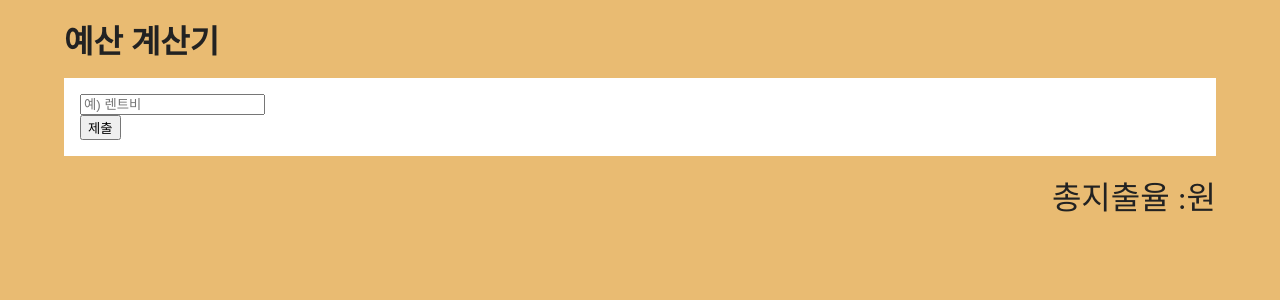
Repository: jongheonleee/budget_calculator
Page: /
The author's editor kept a copy of each file at every save. The page is drawn from the files as they stood at one save, then again after the next save.
The browser window is 1280 px wide. The pictures show the whole page.
The project was rebuilt for these pictures with package versions that can differ from the ones it lists, and the page was loaded fresh each time.

Above is the page before, as saved 2025-02-07 21:43:14.

After the next save:
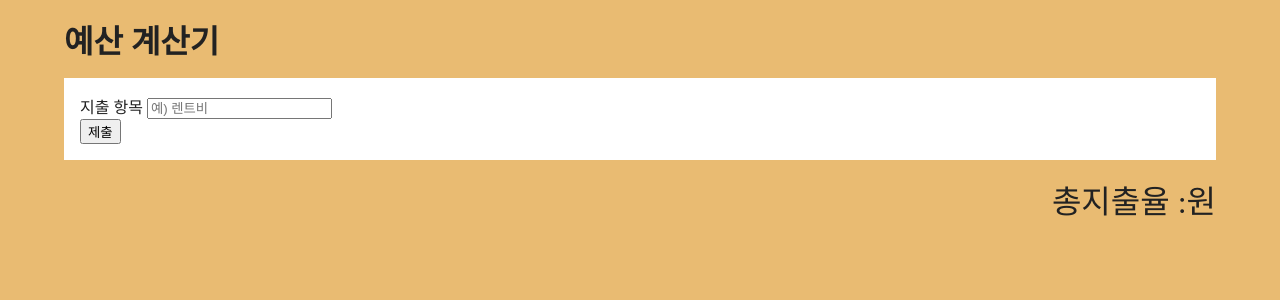
Saved 25 s later.
--- a/src/components/ExpenseForm.js
+++ b/src/components/ExpenseForm.js
@@ -7,6 +7,7 @@ export class ExpenseForm extends Component {
         <div>
             <div className='form-center'>
                 <div className='form-group'>
+                    <label htmlFor='charge'> 지출 항목 </label>
                     <input
                         type='text'
                         className='form-control'
